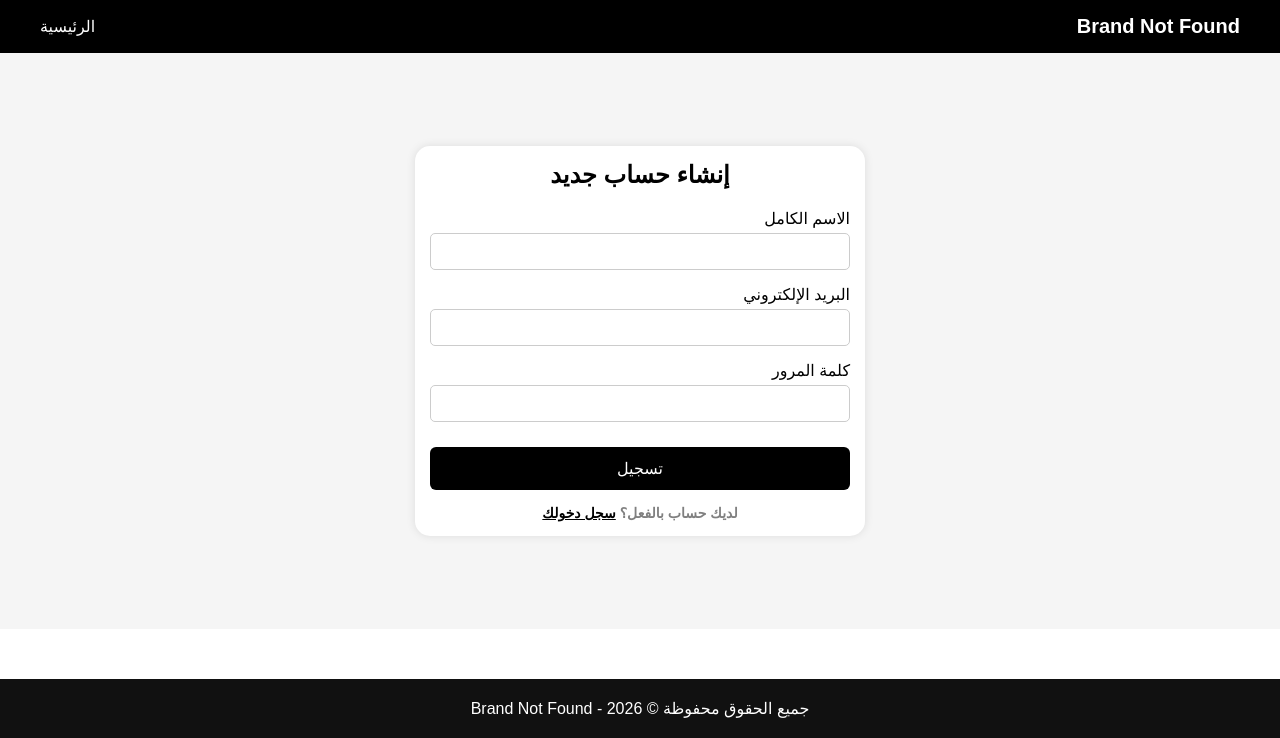
Repository: a-e-kasem/e-commerce
Page: ecommerce-front/register.html
The author's editor kept a copy of each file at every save. The page is drawn from the files as they stood at one save, then again after the next save.
The browser window is 1280 px wide. The pictures show the whole page.

Above is the page before, as saved 2026-04-15 11:59:32.

### ecommerce-front/register.html
<!DOCTYPE html>
<html lang="ar" dir="rtl">
<head>
    <meta charset="UTF-8">
    <meta name="viewport" content="width=device-width, initial-scale=1.0">
    <title>إنشاء حساب جديد | Brand Not Found</title>
    <link rel="stylesheet" href="css/style.css">
    <link rel="stylesheet" href="css/products.css">
</head>
<body>

    <nav class="navbar">
        <div class="logo">Brand Not Found</div>
        <ul class="menu">
            <li><a href="index.html">الرئيسية</a></li>
        </ul>
    </nav>

    <div class="layout" style="display: flex; justify-content: center; align-items: center; min-height: 80vh;">
        <div class="product-card" style="width: 100%; max-width: 450px; cursor: default;">
            <h2 style="margin-bottom: 20px;">إنشاء حساب جديد</h2>
            <form id="registerForm">
                <div style="text-align: right; margin-bottom: 15px;">
                    <label>الاسم الكامل</label>
                    <input type="text" id="regName" style="width: 100%; padding: 10px; margin-top: 5px; border-radius: 5px; border: 1px solid #ccc;" required>
                </div>
                <div style="text-align: right; margin-bottom: 15px;">
                    <label>البريد الإلكتروني</label>
                    <input type="email" id="regEmail" style="width: 100%; padding: 10px; margin-top: 5px; border-radius: 5px; border: 1px solid #ccc;" required>
                </div>
                <div style="text-align: right; margin-bottom: 15px;">
                    <label>كلمة المرور</label>
                    <input type="password" id="regPassword" style="width: 100%; padding: 10px; margin-top: 5px; border-radius: 5px; border: 1px solid #ccc;" required>
                </div>
                <button type="submit" style="width: 100%; padding: 12px; font-size: 16px;">تسجيل</button>
            </form>
            <p style="margin-top: 15px; font-size: 14px;">لديك حساب بالفعل؟ <a href="login.html" style="color: black; font-weight: bold;">سجل دخولك</a></p>
        </div>
    </div>

    <footer>
        <p>جميع الحقوق محفوظة &copy; 2026 - Brand Not Found</p>
    </footer>

    <script type="module" src="./js/auth.js"></script>
</body>
</html>

### ecommerce-front/css/style.css
/* Global Settings & Reset */
* {
    margin: 0;
    padding: 0;
    box-sizing: border-box;
    font-family: Arial, sans-serif;
}

/* Navbar */
.navbar {
    display: flex;
    align-items: center;
    justify-content: space-between;
    padding: 15px 40px;
    background-color: black;
}

.logo {
    font-weight: bold;
    font-size: 20px;
    color: white;
}

.menu {
    display: flex;
    list-style: none;
    gap: 25px;
}

.menu a {
    text-decoration: none;
    color: white;
}

.nav-right {
    display: flex;
    align-items: center;
    gap: 10px;
}

.nav-right input {
    padding: 5px 10px;
    border: 1px solid #ccc;
    border-radius: 5px;
}

/* Footer */
footer {
    background-color: #111;
    color: white;
    text-align: center;
    padding: 20px;
    margin-top: 50px;
}

/* Responsive (Mobile Basic) */
@media (max-width: 768px) {
    .navbar {
        flex-direction: column;
        gap: 10px;
    }
    .menu {
        flex-direction: column;
        gap: 10px;
    }
}

### ecommerce-front/css/products.css
/* Layout (Products page) */
.layout
{
  display: grid;
  grid-template-columns: 260px 1fr;
  gap: 20px;
  padding: 20px;
  background:#f5f5f5;
  align-items: start;
}
.filters
{
  grid-column: 1;
  background: white;
  padding:20px;
  border-radius:15px;
  height: fit-content;
}
.filters h3
{
  margin:15px 0 10px;
}
.filters label
{
  display:block;
  margin:8px 0;
  font-size:14px;
}

/* Container & Cards */
#productsContainer
{
  grid-column: 2;
  display:grid;
  grid-template-columns: repeat(3, 1fr);
  gap:20px;
}
.product-card
{
  cursor: pointer;
  background:#fff;
  padding:15px;
  border-radius:15px;
  text-align:center;
  transition:0.3s;
  box-shadow:0 0 10px rgba(0,0,0,0.1);
}
.product-card:hover
{
  transform: translateY(-8px);
  box-shadow:0 10px 20px rgba(0,0,0,0.2);
}
.product-card img
{
  width:100%;
  height:180px;
  object-fit:cover;
  border-radius:10px;
}
.product-card h4
{
  margin:10px 0 5px;
}
.product-card p
{
  color: gray;
  font-weight:bold;
}
.product-card button
{
  margin-top:10px;
  padding:8px;
  background:black;
  color:white;
  border:none;
  border-radius:6px;
  cursor:pointer;
}

/* Responsive Products */
@media (max-width: 768px)
{
  #productsContainer { grid-template-columns: repeat(2, 1fr); }
  .layout { grid-template-columns: 1fr; }
  .filters { width: 100%; }
}

@media (min-width: 1200px)
{
  #productsContainer { grid-template-columns: repeat(4, 1fr); }
}

### ecommerce-front/js/auth.js
// js/auth.js
document.addEventListener("DOMContentLoaded", () => {
    const loginForm = document.getElementById("loginForm");

    if (loginForm) {
        loginForm.addEventListener("submit", (e) => {
            e.preventDefault();

            const email = document.getElementById("loginEmail").value;
            const password = document.getElementById("loginPassword").value;

            if (!email || !password) {
                alert("Please fill in all fields");
                return;
            }

            console.log("Login attempt for:", email);
            alert("Logging in... Please wait.");

            // Your future fetch() call to Node.js backend goes here
        });
    }
});

### ecommerce-front/css/auth.css
/* auth.css */
.auth-layout {
    display: flex;
    justify-content: center;
    align-items: center;
    min-height: 80vh;
    padding: 20px;
}

.auth-box {
    width: 100%;
    max-width: 400px;
    background: #fff;
    padding: 30px;
    border-radius: 15px;
    box-shadow: 0 5px 15px rgba(0,0,0,0.1);
    text-align: center;
}

.auth-box h2 {
    margin-bottom: 25px;
    color: #000;
    font-size: 28px;
}

.form-group {
    text-align: left; /* المحاذاة لليسار */
    margin-bottom: 15px;
}

.form-group label {
    display: block;
    font-size: 14px;
    margin-bottom: 8px;
    color: #555;
}

.form-group input {
    width: 100%;
    padding: 12px;
    border-radius: 8px;
    border: 1px solid #ddd;
    outline: none;
    text-align: left;
}

.auth-btn {
    width: 100%;
    padding: 12px;
    background-color: #000;
    color: #fff;
    border: none;
    border-radius: 8px;
    cursor: pointer;
    font-size: 16px;
    font-weight: bold;
    transition: 0.3s;
    margin-top: 10px;
}

.auth-btn:hover {
    background-color: #333;
}

.auth-footer {
    margin-top: 20px;
    font-size: 14px;
    color: #666;
}

.auth-footer a {
    color: #000;
    text-decoration: none;
    font-weight: bold;
}

After the next save:
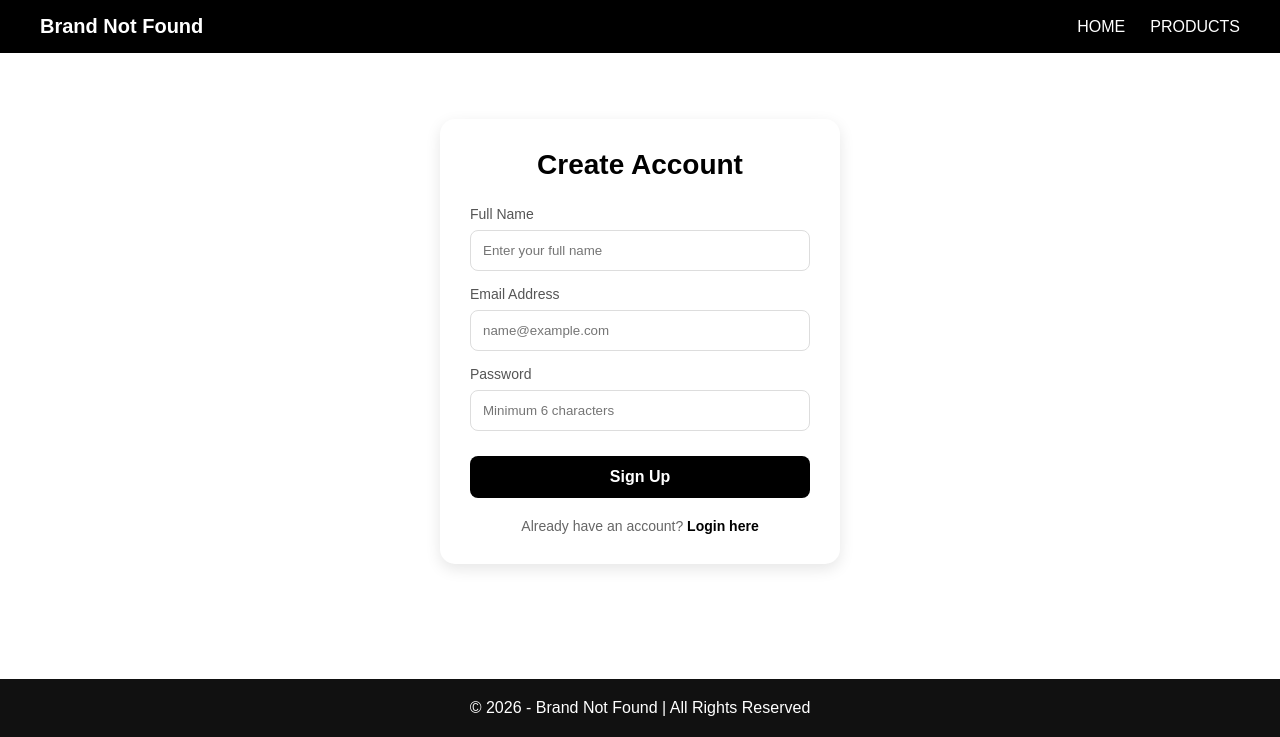
Saved 41 s later.
--- a/ecommerce-front/register.html
+++ b/ecommerce-front/register.html
@@ -1,45 +1,46 @@
 <!DOCTYPE html>
-<html lang="ar" dir="rtl">
+<html lang="en" dir="ltr">
 <head>
     <meta charset="UTF-8">
     <meta name="viewport" content="width=device-width, initial-scale=1.0">
-    <title>إنشاء حساب جديد | Brand Not Found</title>
-    <link rel="stylesheet" href="css/style.css">
-    <link rel="stylesheet" href="css/products.css">
+    <title>Register | Brand Not Found</title>
+    <link rel="stylesheet" href="./css/style.css">
+    <link rel="stylesheet" href="./css/auth.css">
 </head>
 <body>
 
     <nav class="navbar">
         <div class="logo">Brand Not Found</div>
         <ul class="menu">
-            <li><a href="index.html">الرئيسية</a></li>
+            <li><a href="index.html">HOME</a></li>
+            <li><a href="./pages/products.html">PRODUCTS</a></li>
         </ul>
     </nav>
 
-    <div class="layout" style="display: flex; justify-content: center; align-items: center; min-height: 80vh;">
-        <div class="product-card" style="width: 100%; max-width: 450px; cursor: default;">
-            <h2 style="margin-bottom: 20px;">إنشاء حساب جديد</h2>
+    <div class="auth-layout">
+        <div class="auth-box">
+            <h2>Create Account</h2>
             <form id="registerForm">
-                <div style="text-align: right; margin-bottom: 15px;">
-                    <label>الاسم الكامل</label>
-                    <input type="text" id="regName" style="width: 100%; padding: 10px; margin-top: 5px; border-radius: 5px; border: 1px solid #ccc;" required>
+                <div class="form-group">
+                    <label>Full Name</label>
+                    <input type="text" id="regName" placeholder="Enter your full name" required>
                 </div>
-                <div style="text-align: right; margin-bottom: 15px;">
-                    <label>البريد الإلكتروني</label>
-                    <input type="email" id="regEmail" style="width: 100%; padding: 10px; margin-top: 5px; border-radius: 5px; border: 1px solid #ccc;" required>
+                <div class="form-group">
+                    <label>Email Address</label>
+                    <input type="email" id="regEmail" placeholder="name@example.com" required>
                 </div>
-                <div style="text-align: right; margin-bottom: 15px;">
-                    <label>كلمة المرور</label>
-                    <input type="password" id="regPassword" style="width: 100%; padding: 10px; margin-top: 5px; border-radius: 5px; border: 1px solid #ccc;" required>
+                <div class="form-group">
+                    <label>Password</label>
+                    <input type="password" id="regPassword" placeholder="Minimum 6 characters" required>
                 </div>
-                <button type="submit" style="width: 100%; padding: 12px; font-size: 16px;">تسجيل</button>
+                <button type="submit" class="auth-btn">Sign Up</button>
             </form>
-            <p style="margin-top: 15px; font-size: 14px;">لديك حساب بالفعل؟ <a href="login.html" style="color: black; font-weight: bold;">سجل دخولك</a></p>
+            <p class="auth-footer">Already have an account? <a href="login.html">Login here</a></p>
         </div>
     </div>
 
     <footer>
-        <p>جميع الحقوق محفوظة &copy; 2026 - Brand Not Found</p>
+        <p>&copy; 2026 - Brand Not Found | All Rights Reserved</p>
     </footer>
 
     <script type="module" src="./js/auth.js"></script>
